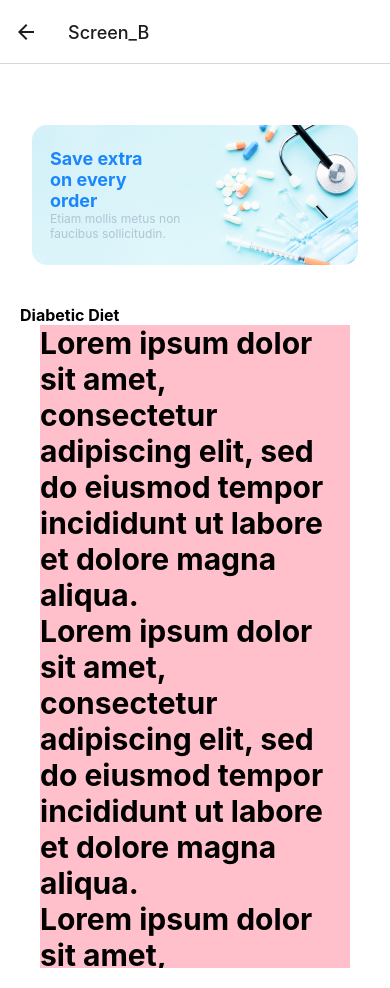
Repository: ntu34543/designReactNative
Screen: /Screen_B
The author's editor kept a copy of each file at every save. The screen is drawn from the files as they stood at one save, then again after a run of saves.
An inner scrolling area shows only its first screen. The app was drawn by React Native's web renderer in a window 390 px wide. The project was rebuilt for these pictures with package versions that can differ from the ones it lists, and the page was loaded fresh each time.

Above is the screen before, as saved 2022-10-21 14:38:52.

After the next 7 saves:
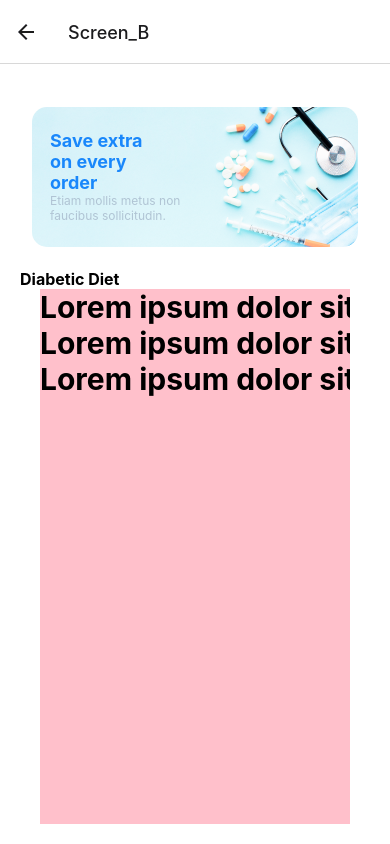
The 7 saves are shown as one change because they came seconds apart.
The last was saved 25 s later.
--- a/page/DiabetesCare.js
+++ b/page/DiabetesCare.js
@@ -92,5 +92,6 @@ const styles = StyleSheet.create({
   scrollView: {
     backgroundColor: 'pink',
     marginHorizontal: 20,
+    flexDirection: "row",
   },
 });
